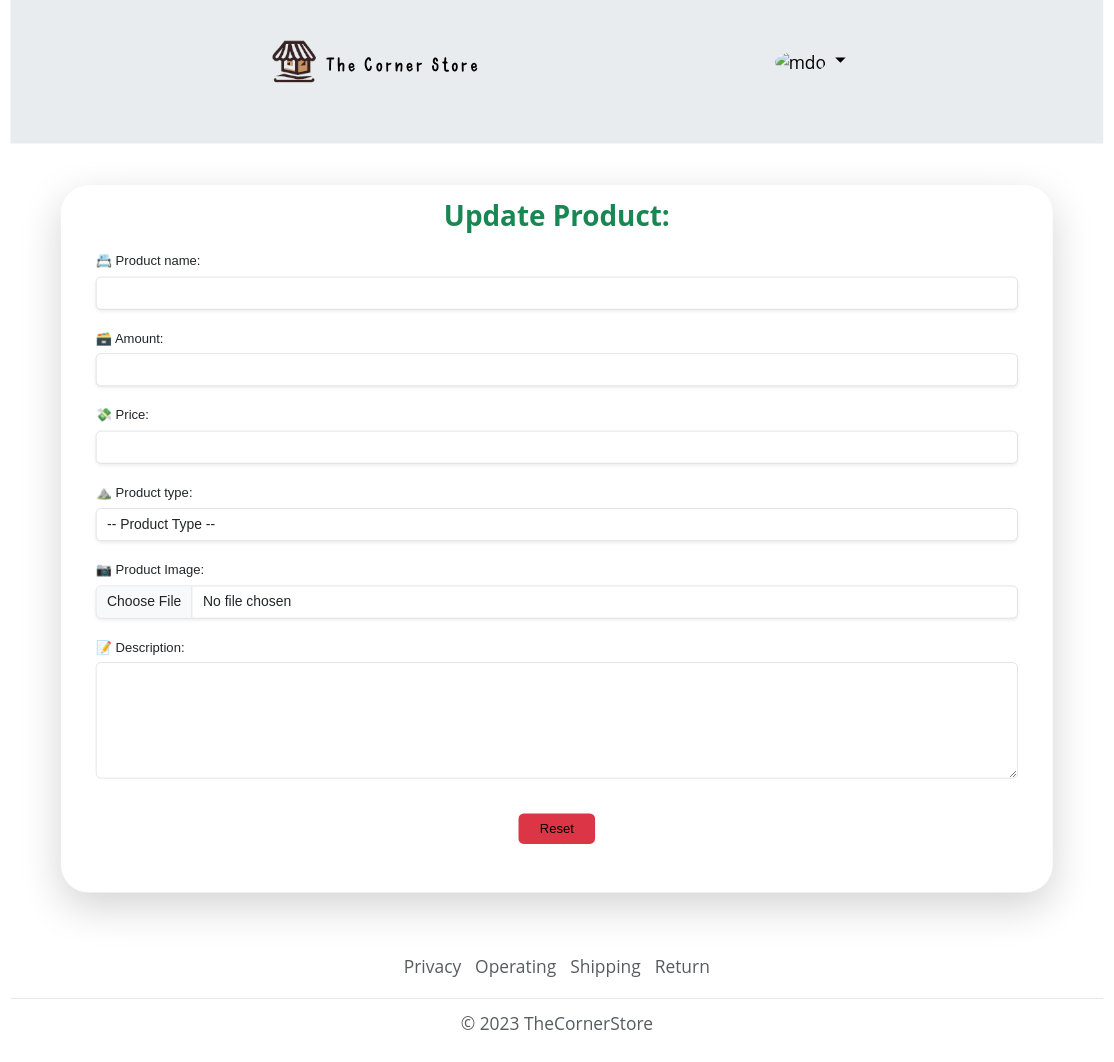
Repository: mintdunno/ass2-fullStack
Page: views/update-product.ejs
The author's editor kept a copy of each file at every save. The page is drawn from the files as they stood at one save, then again after the next save.
The browser window is 1280 px wide. The pictures show the whole page, at 87% of full size.
The page is served by the project's Node server (index.js). The template is opened directly, without the code that normally fills it, so the values that code supplies are empty.

Above is the page before, as saved 2023-09-24 10:34:12.

After the next save:
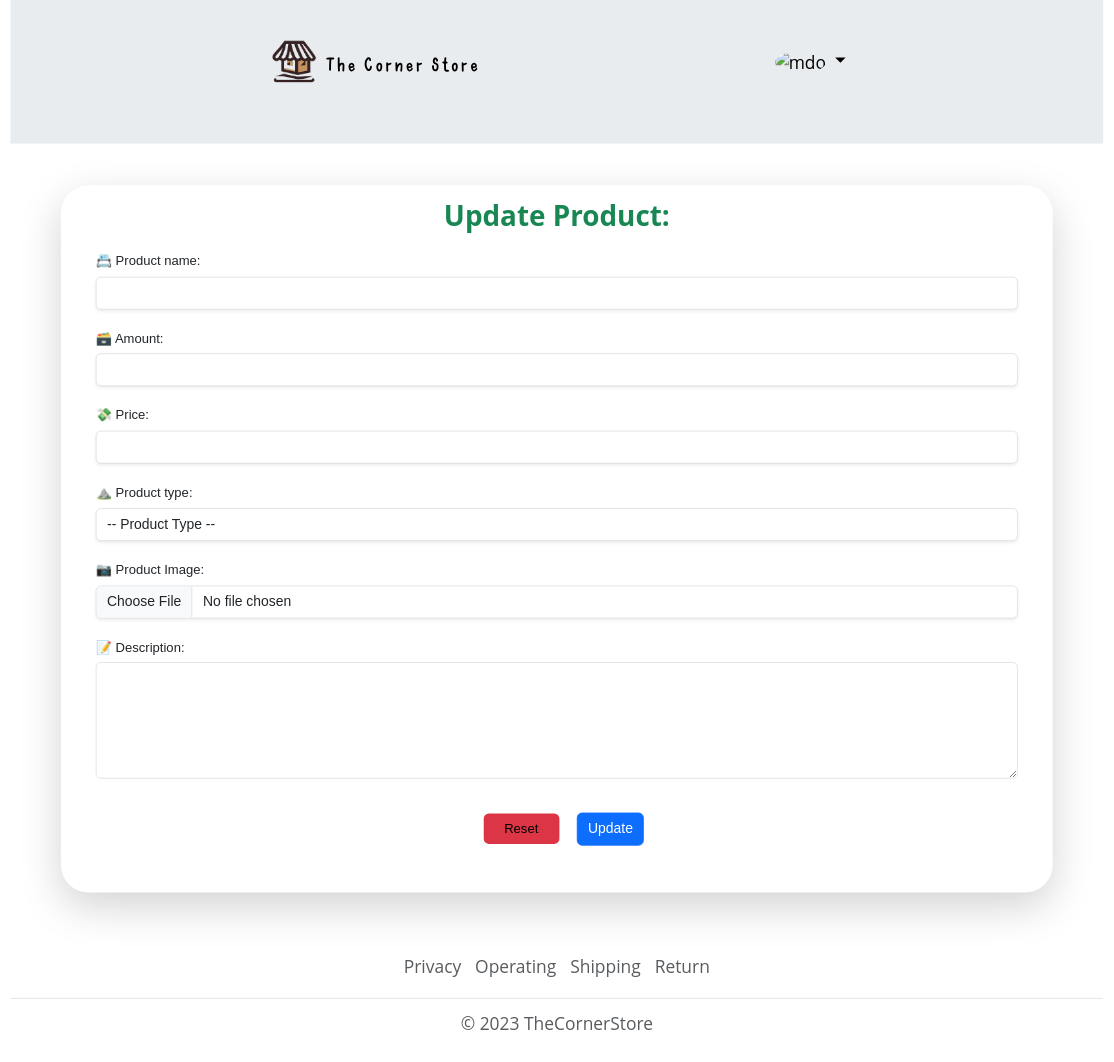
Saved 25 s later.
--- a/views/update-product.ejs
+++ b/views/update-product.ejs
@@ -70,6 +70,9 @@
                 <div id="error" style="color: red !important;" class="text-center"></div>
                 <div class="text-center">
                     <button type="reset" class="rounded border-0 px-4 py-2 bg-danger m-3">Reset</button>
+                    <button type="button" class="btn btn-primary" data-bs-toggle="modal" data-bs-target="#exampleModal">
+                        Update
+                    </button>
                     <div class="modal fade" id="exampleModal" tabindex="-1" aria-labelledby="exampleModalLabel"
                         aria-hidden="true">
                         <div class="modal-dialog">
